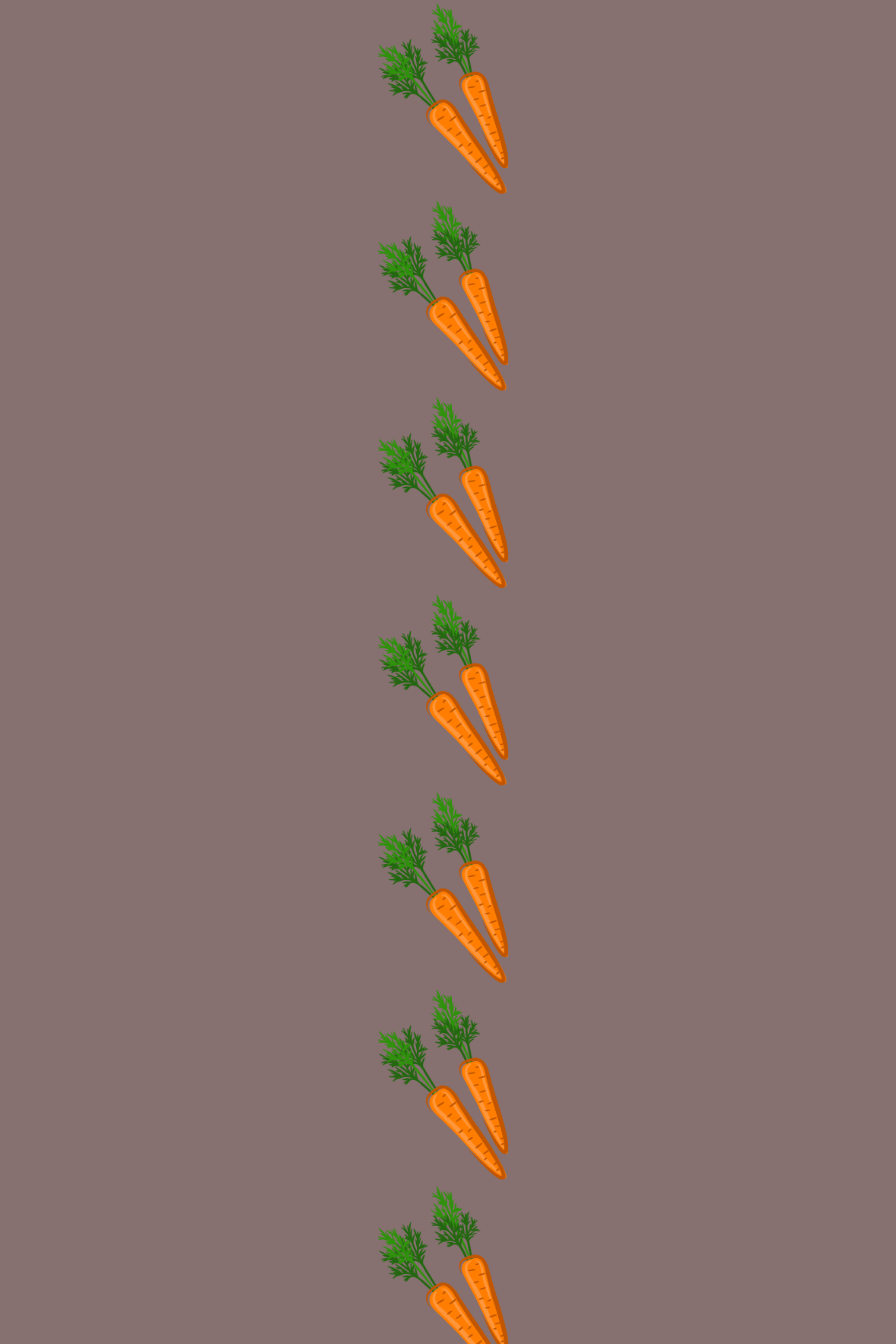
Repository: sephinejo/frontend-browser-101
Page: browser/practice-find-rabbit/index.html
The author's editor kept a copy of each file at every save. The page is drawn from the files as they stood at one save, then again after the next save.
The browser window is 1280 px wide. The pictures show the part of the page from y = 0 to 1920 px (the page is 3344 px tall), at 70% of full size.

Above is the page before, as saved 2023-05-10 21:09:31.

After the next save:
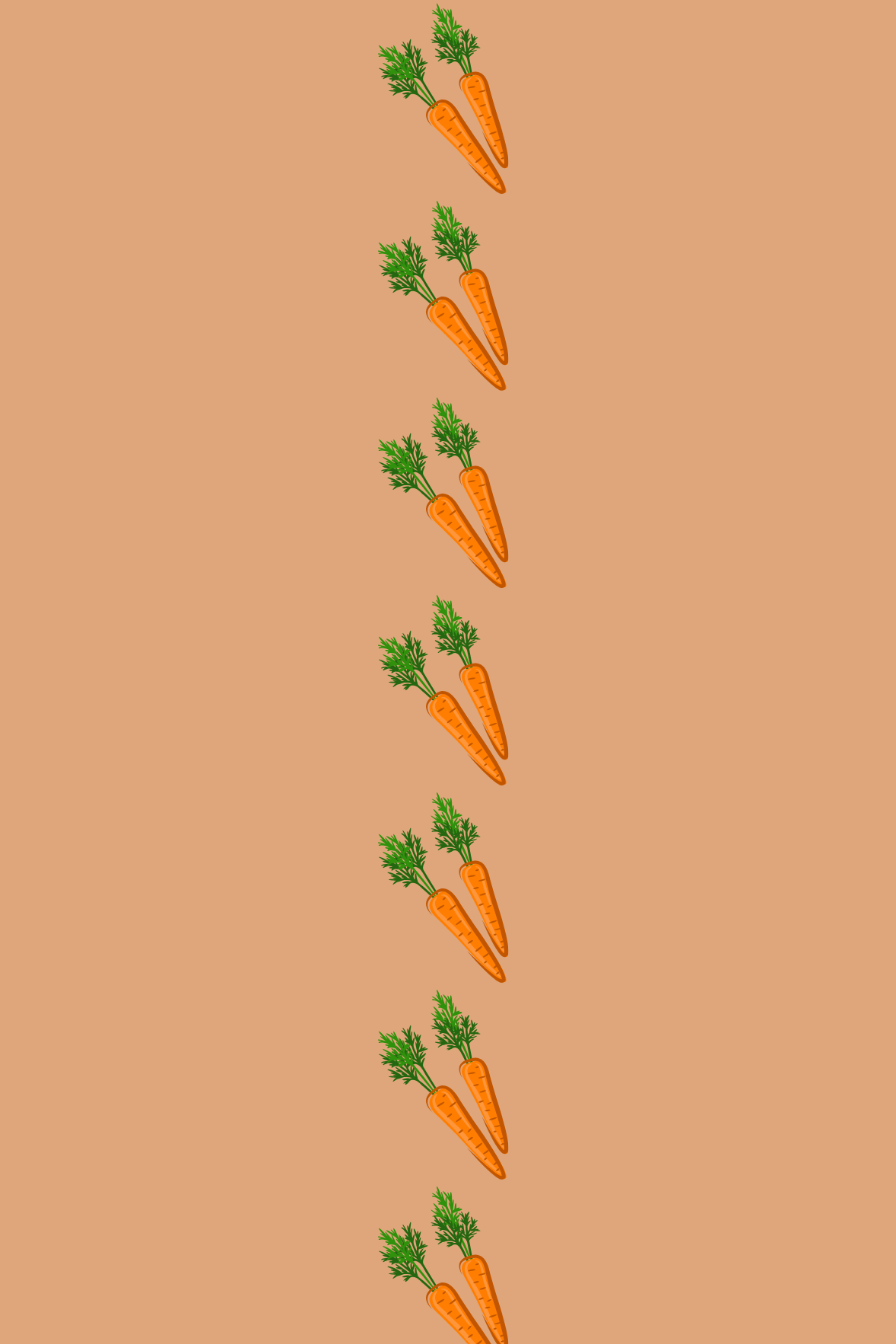
Saved 8 s later.
--- a/browser/practice-find-rabbit/index.html
+++ b/browser/practice-find-rabbit/index.html
@@ -10,7 +10,7 @@
         display: flex;
         flex-direction: column;
         align-items: center;
-        background-color: #867070;
+        background-color: #dfa67b;
       }
       img {
         margin: 5px;
